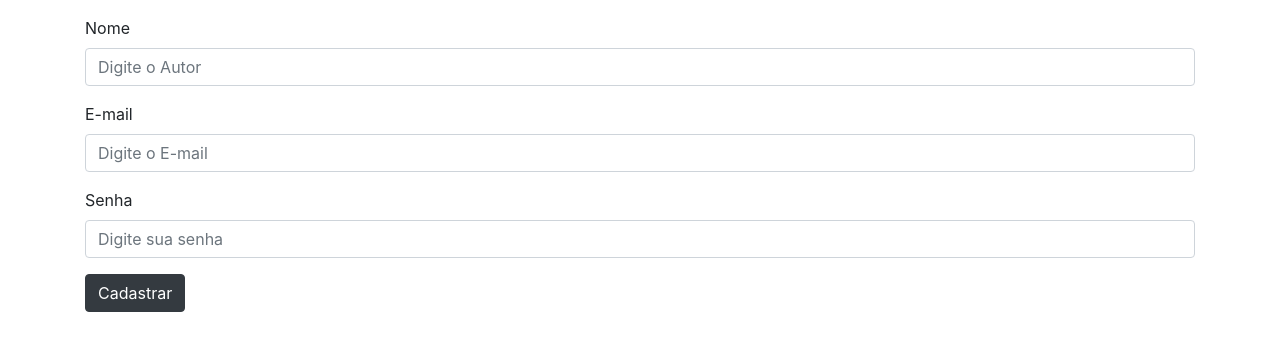
Repository: wellersonfc/simple-crud-react
Page: /
An editor plug-in stored every save of this project. The page is shown before and after the next save, followed by the edit.
The browser window is 1280 px wide. The pictures show the whole page.
The project was rebuilt for these pictures with package versions that can differ from the ones it lists, and the page was loaded fresh each time.

Above is the page before, as saved 2019-09-22 15:55:53.

After the next save:
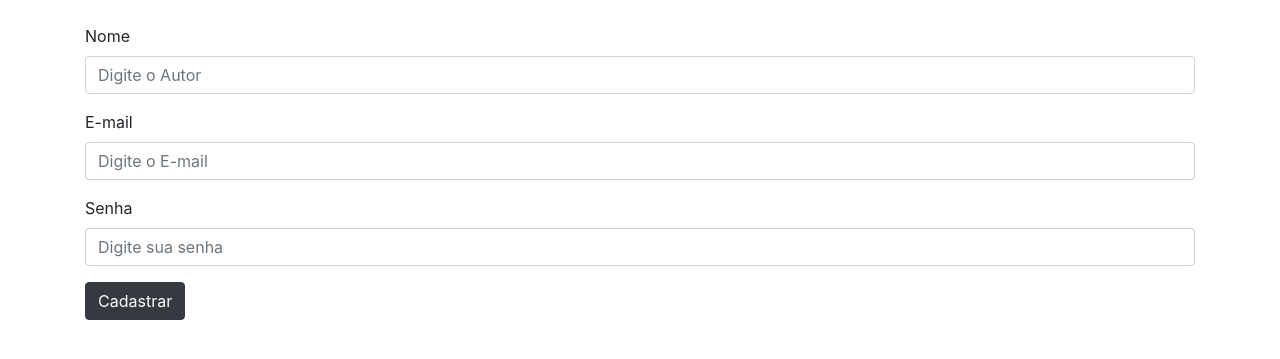
Saved 12 s later.
--- a/src/App.js
+++ b/src/App.js
@@ -12,6 +12,7 @@ class App extends Component {
   render(){
     return(
       <div class="container">
+        <h1></h1>
         <div className="form-autor pt-3">
           <form>
             <div class="form-group">
